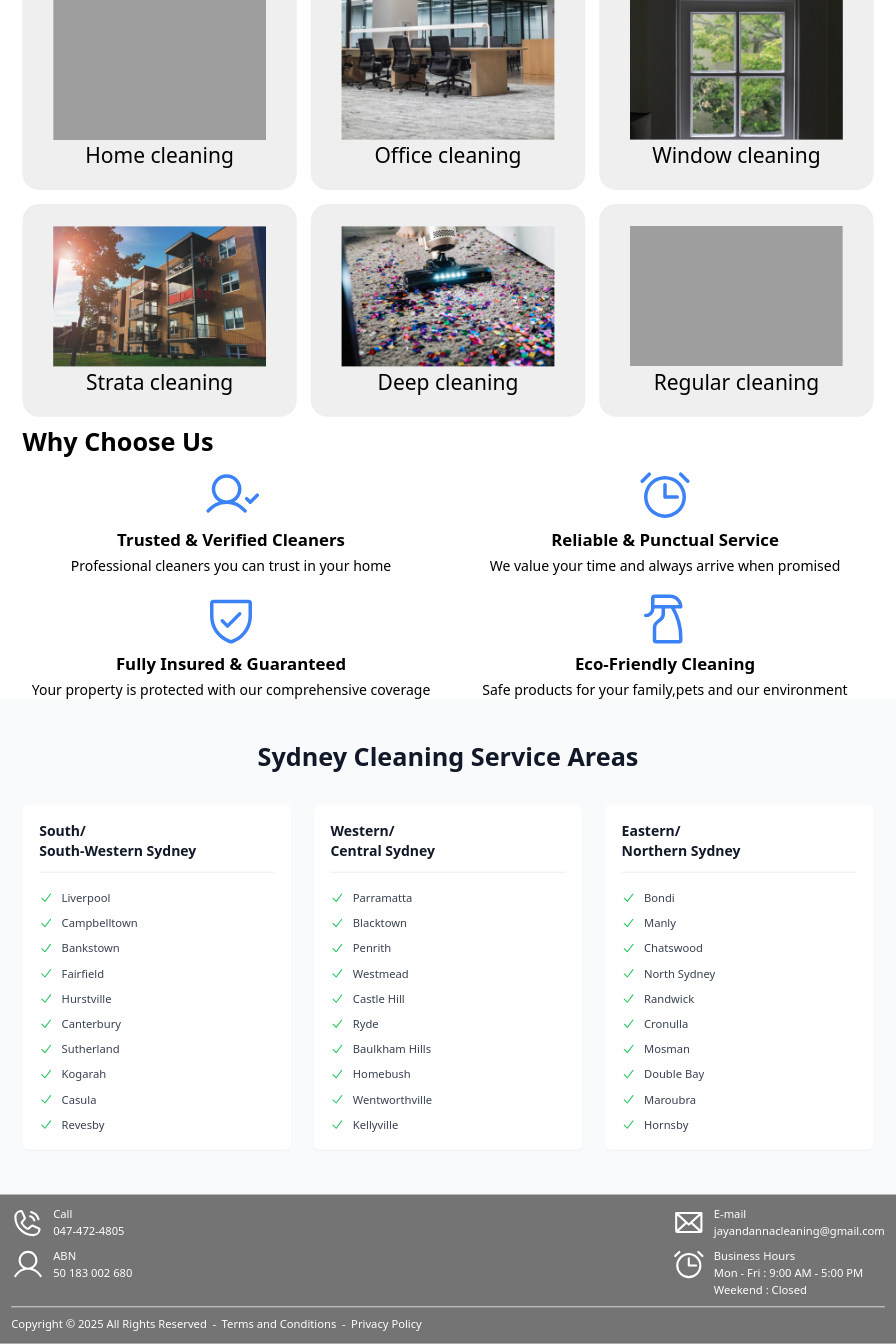
Repository: rong9835/cleaning-service
Page: /
The author's editor kept a copy of each file at every save. The page is drawn from the files as they stood at one save, then again after the next save.
The browser window is 1280 px wide. The pictures show the part of the page from y = 768 to 2688 px (the page is 2688 px tall), at 70% of full size.
Pictures or frames that could not be fetched are drawn as grey boxes. The project was rebuilt for these pictures with package versions that can differ from the ones it lists, and the page was loaded fresh each time. The framework's server and built-in components were replaced by stand-ins that run in the browser. Also part of the build but not shown: next.config.ts.

Above is the page before, as saved 2025-08-10 13:23:28.

After the next save:
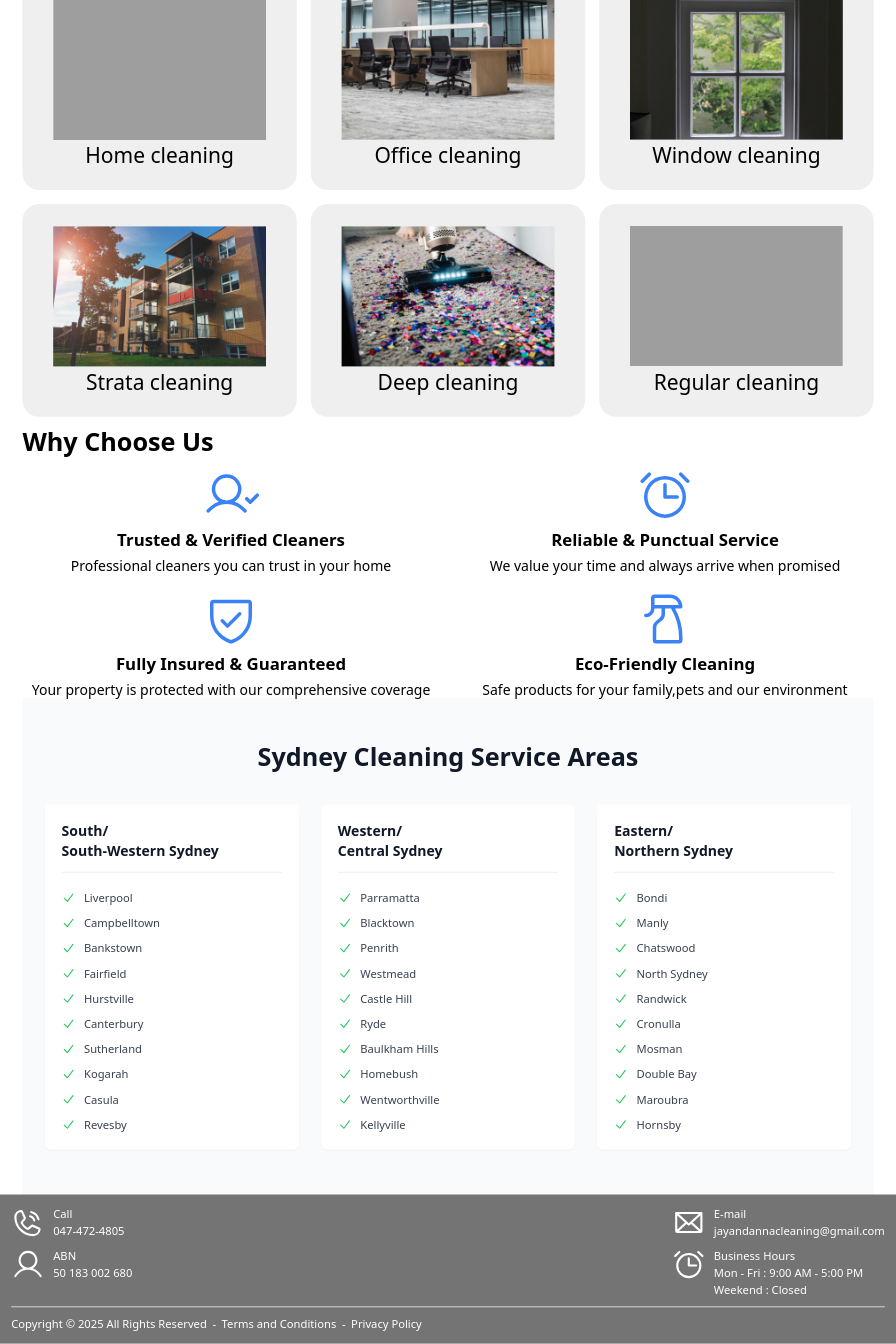
Saved 8 s later.
--- a/src/app/page.tsx
+++ b/src/app/page.tsx
@@ -11,9 +11,8 @@ export default function Page() {
       <div className="w-full max-w-sm sm:max-w-2xl lg:max-w-5xl xl:max-w-7xl mx-auto px-4 sm:px-6 lg:px-8">
         <ServiceSection />
         <WhyChooseUs />
+        <ServiceAreasSection />
       </div>
-
-      <ServiceAreasSection />
     </div>
   );
 }
